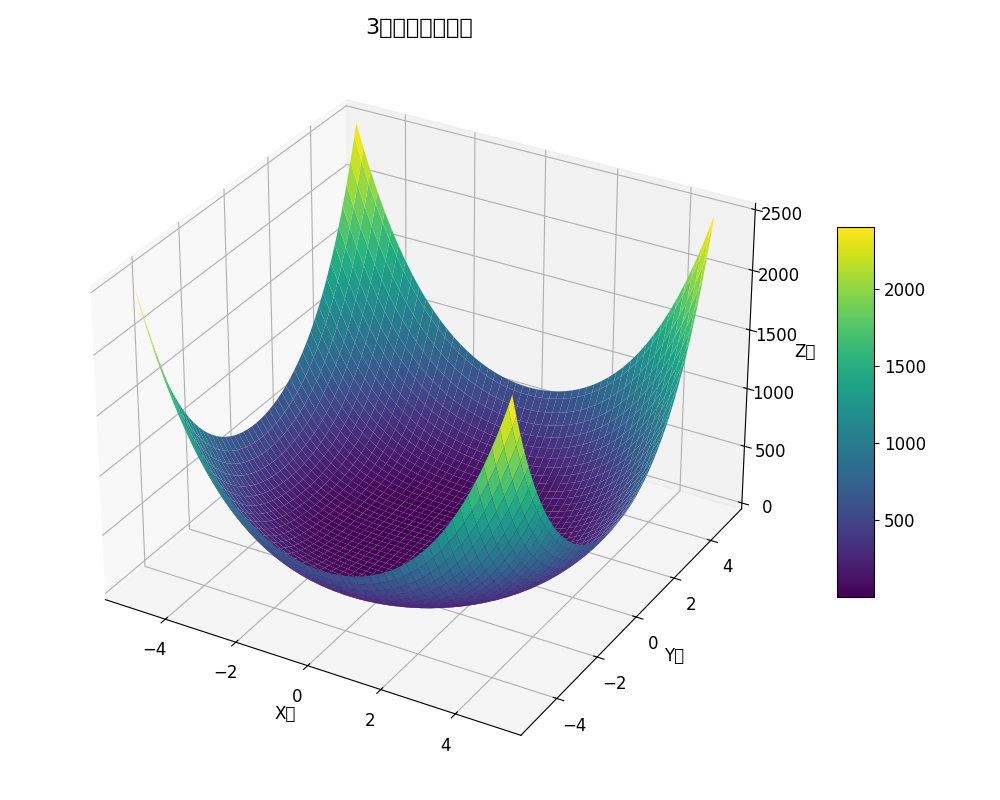
Repository: gouyamada/draw_surface
Script's output: python src/draw_surface.py
An editor plug-in stored every save of this project. The script's output is shown before and after the next save, followed by the edit.
Random numbers start from a fixed seed.

Above is the script's output before, as saved 2025-07-28 13:45:30.

### src/draw_surface.py
# pylint: disable=invalid-name
"""
3次元曲面を描画するスクリプト
"""
from typing import cast
import numpy as np
import matplotlib.pyplot as plt
from mpl_toolkits.mplot3d import Axes3D  # type: ignore


plt.rcParams["font.family"] = "Meiryo"
plt.rcParams["font.size"] = 12


def surface_setting(x, y):
    """
    描画する曲面の関数を定義する関数
    """
    z = x**2 + y**2
    z = z**2
    return z


def draw_surface():
    """
    3次元曲面を描画する関数
    """
    fig = plt.figure(figsize=(10, 8))
    ax = cast(Axes3D, fig.add_subplot(111, projection="3d"))

    # x, y の範囲を設定する
    x = np.linspace(-5, 5, 100)
    y = np.linspace(-5, 5, 100)
    X, Y = np.meshgrid(x, y)
    Z = surface_setting(X, Y)

    # 曲面を描画する
    surf = ax.plot_surface(X, Y, Z, cmap="viridis", edgecolor="none")
    ax.set_title("3次元曲面の描画", fontsize=16)
    ax.set_xlabel("X軸")
    ax.set_ylabel("Y軸")
    ax.set_zlabel("Z軸")

    # 曲面の色を設定する
    fig.colorbar(surf, shrink=0.5, aspect=10)
    plt.tight_layout()
    plt.show()


def main():
    """
    メイン関数
    """
    draw_surface()


if __name__ == "__main__":
    main()

After the next save:
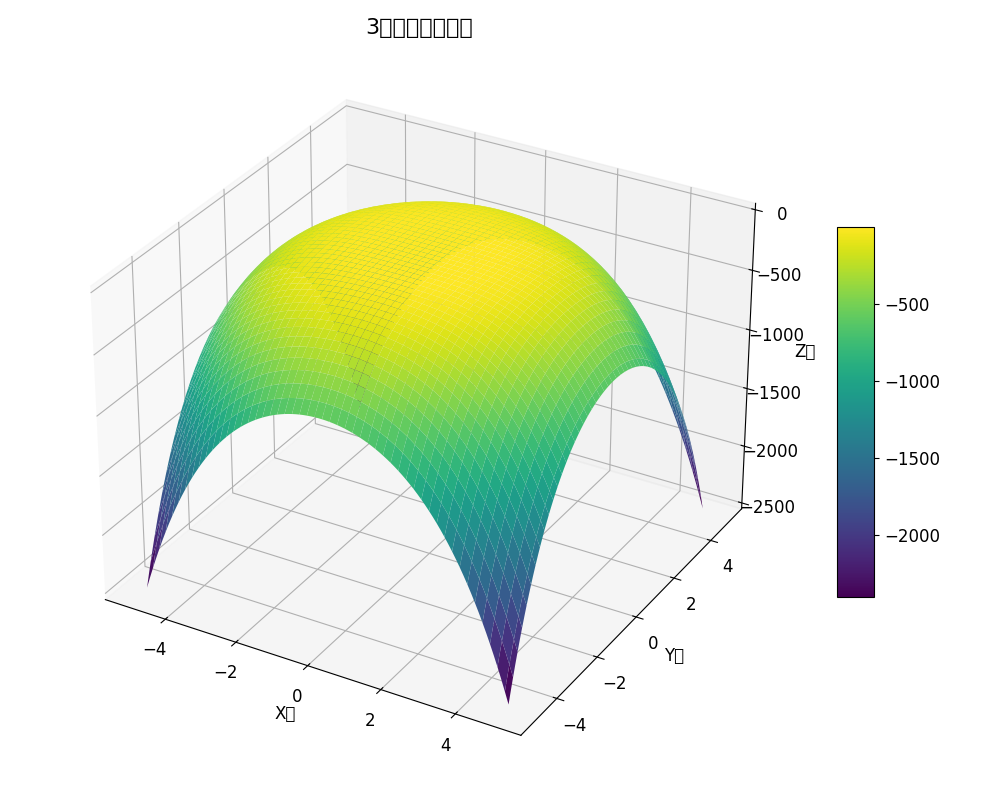
Saved 8 s later.
--- a/src/draw_surface.py
+++ b/src/draw_surface.py
@@ -17,7 +17,7 @@ def surface_setting(x, y):
     描画する曲面の関数を定義する関数
     """
     z = x**2 + y**2
-    z = z**2
+    z = -z**2
     return z
 
 
